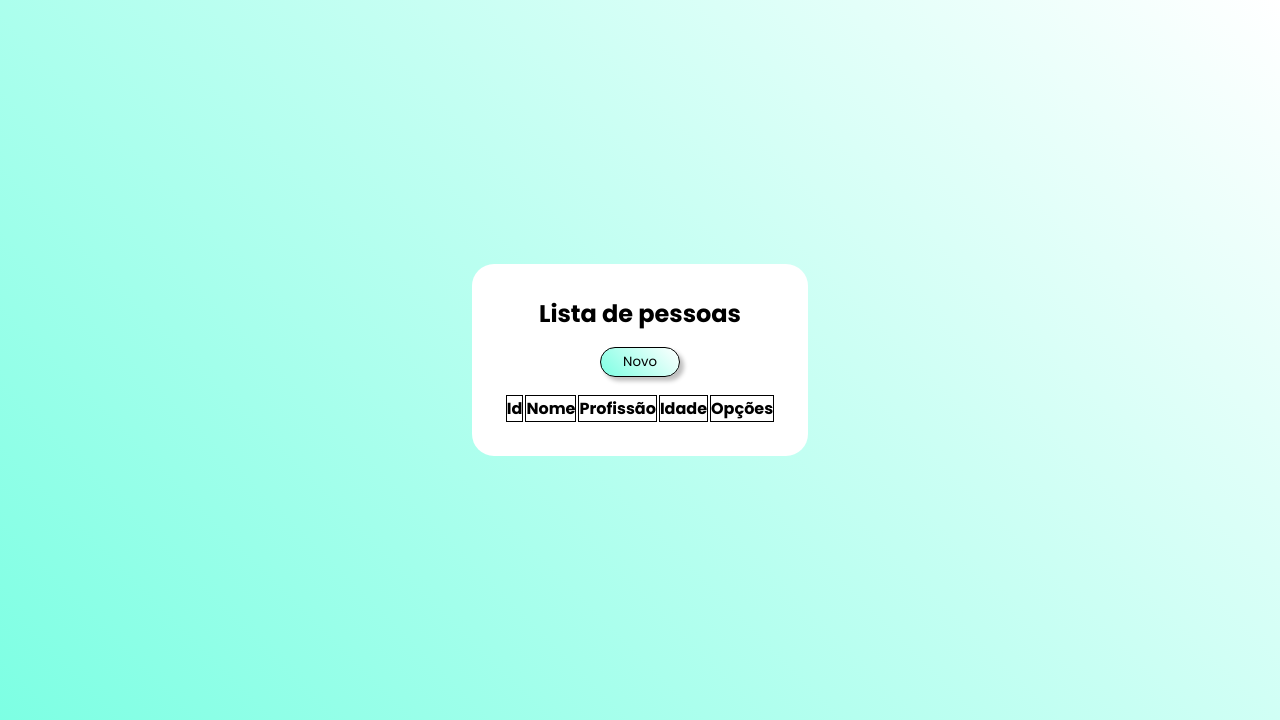
Repository: alef-torres/TesteUnicontrol
Page: http://localhost/desafioUnicontrol/main
An editor plug-in stored every save of this project. The page is shown before and after the next save, followed by the edit.
The browser window is 1280 px wide. The pictures show the whole page.
The page is served by Tomcat 9. Other server files are loaded and not shown. Queries for data that is not in the repository find no rows.

Above is the page before, as saved 2024-02-10 23:01:07.

### DesafioUnicontrol/desafioUnicontrol/src/main/webapp/pesquisa.jsp
<%@ page language="java" contentType="text/html; charset=utf-8"
	pageEncoding="utf-8"%>
<%@ page import="model.JavaBeans"%>
<%@ page import="java.util.ArrayList"%>



<%
ArrayList<JavaBeans> lista = (ArrayList<JavaBeans>) request.getAttribute("pessoas");
%>


<!DOCTYPE html>
<html lang="pt-br">

<head>
<meta charset="UTF-8">
<title>Pessoas</title>
<link rel="stylesheet" href="estilo/pesquisa.css">
</head>

<body>
	<section>
		<div>
			<h1>Lista de pessoas</h1>
			<a href="index.html"><button>Novo</button></a>



			<table>
				<thead>
					<tr>
						<th>Id</th>
						<th>Nome</th>
						<th>Profissão</th>
						<th>Idade</th>
						<th>Opções</th>
					</tr>
				</thead>

				<tbody>
					<%
					for (int i = 0; i < lista.size(); i++) {
					%>
					<tr>
						<td><%=lista.get(i).getIdcon()%></td>
						<td><%=lista.get(i).getNome()%></td>
						<td><%=lista.get(i).getProfissao()%></td>
						<td><%=lista.get(i).getIdade()%></td>
						<td><a href="select?idcon=<%=lista.get(i).getIdcon()%>>">Editar</a>
							<a href="javascript: confirmar(<%=lista.get(i).getIdcon()%>)">Excluir</a>
						</td>

					</tr>
					<%
					}
					%>
				</tbody>
			</table>
		</div>
	</section>



	<script src="scripts/confirmador.js"></script>
</body>

</html>

### DesafioUnicontrol/desafioUnicontrol/src/main/java/controler/Controler.java
package controler;

import java.io.IOException;
import java.util.ArrayList;

import javax.servlet.RequestDispatcher;
import javax.servlet.ServletException;
import javax.servlet.annotation.WebServlet;
import javax.servlet.http.HttpServlet;
import javax.servlet.http.HttpServletRequest;
import javax.servlet.http.HttpServletResponse;

import model.DAO;
import model.JavaBeans;

@WebServlet(urlPatterns = { "/Controller", "/main", "/insert", "/select", "/update", "/delete" })
public class Controler extends HttpServlet {
	private static final long serialVersionUID = 1L;
	DAO dao = new DAO();
	JavaBeans pessoa = new JavaBeans();

	public Controler() {
		super();

	}

	protected void doGet(HttpServletRequest request, HttpServletResponse response)
			throws ServletException, IOException {

		String action = request.getServletPath();
		System.out.println(action);
		if (action.equals("/main")) {
			pesquisa(request, response);
		} else if (action.equals("/insert")) {
			novaPessoa(request, response);
		} else if (action.equals("/select")) {
			listarPessoas(request, response);
		} else if (action.equals("/update")) {
			editarPessoa(request, response);
		} else if (action.equals("/delete")) {
			deletarPessoa(request, response);
		} else {
			response.sendRedirect("index.html");
		}

	}

	protected void pesquisa(HttpServletRequest request, HttpServletResponse response)
			throws ServletException, IOException {

		ArrayList<JavaBeans> listaDePessoas = dao.listarPessoas();

		request.setAttribute("pessoas", listaDePessoas);
		RequestDispatcher rd = request.getRequestDispatcher("pesquisa.jsp");
		rd.forward(request, response);
	}

	protected void novaPessoa(HttpServletRequest request, HttpServletResponse response)
			throws ServletException, IOException {

		// enviando para as variaveis JavaBeans

		pessoa.setNome(request.getParameter("name"));
		pessoa.setProfissao(request.getParameter("profissao"));
		pessoa.setIdade(request.getParameter("idade"));

		// invocar o metodo insertPessoa passando o objeto pessoa

		dao.insertPessoas(pessoa);

		// retornando para a pagina index
		response.sendRedirect("index.html");
	}

	protected void listarPessoas(HttpServletRequest request, HttpServletResponse response)
			throws ServletException, IOException {
		String idcon = request.getParameter("idcon");

		pessoa.setIdcon(idcon);

		dao.selecionarPessoa(pessoa);

		request.setAttribute("idcon", pessoa.getIdcon());
		request.setAttribute("nome", pessoa.getNome());
		request.setAttribute("profissao", pessoa.getProfissao());
		request.setAttribute("idade", pessoa.getIdade());

		RequestDispatcher rd = request.getRequestDispatcher("editar.jsp");
		rd.forward(request, response);

	}

	protected void editarPessoa(HttpServletRequest request, HttpServletResponse response)
			throws ServletException, IOException {

		pessoa.setIdcon(request.getParameter("idcon"));
		pessoa.setNome(request.getParameter("nome"));
		pessoa.setProfissao(request.getParameter("profissao"));
		pessoa.setIdade(request.getParameter("idade"));

		dao.alterarContanto(pessoa);

		response.sendRedirect("main");

	}

	protected void deletarPessoa(HttpServletRequest request, HttpServletResponse response)
			throws ServletException, IOException {
		String idcon = request.getParameter("idcon");
		System.out.println(idcon);

		pessoa.setIdcon(idcon);

		dao.deleterPessoas(pessoa);

		response.sendRedirect("main");

	}

}

### DesafioUnicontrol/desafioUnicontrol/src/main/webapp/estilo/pesquisa.css
@charset "UTF-8";

@import url('https://fonts.googleapis.com/css2?family=Poppins:wght@100;300;400;500;600;700&display=swap');

* {
    margin: 0;
    padding: 0;
    font-family: 'Poppins';
    text-decoration: none;
}

body {
    width: 100%;
    height: 100vh;
    background: linear-gradient(45deg, #7DFFE3, #fff);
}

section {
    display: flex;
    height: 100%;
    flex-direction: column;
    justify-content: space-around;
    align-items: center;
}

div {
    display: flex;
    flex-direction: column;
    justify-content: space-around;
    align-items: center;
    gap: 1rem;
    background: white;
    border-radius: 22px;
    padding: 2rem;
}

.principal {
    margin-top: auto;
    height: 100%;
    display: flex;
    flex-direction: row;
    justify-content: space-around;
    align-items: center;
}

.formulario-de-cadastro {
    display: flex;
    flex-direction: column;
    padding: 2rem;
    background: #fff;
    border-radius: 10px;
}

#btn {
    display: flex;
    flex-direction: row;
    align-items: center;
    justify-content: space-around;
    margin-top: 1rem;
}

button {
    width: 80px;
    height: 30px;
    border: solid 1px black;
    border-radius: 22px;
    background: linear-gradient(45deg, #7DFFE3, #fff);
    color: black;
    cursor: pointer;
    box-shadow: 4px 4px 4px rgba(0, 0, 0, 0.25);
}

#btn-enviar {
    background: linear-gradient(-45deg, #7DFFE3, #fff);
}

a {
    color: black;
}

th {
	border: 1px solid black;
}

### DesafioUnicontrol/desafioUnicontrol/src/main/webapp/scripts/confirmador.js



function confirmar(idcon){
	let resposta = confirm("Comfirma a exclusão desta pessoa?")
	if (resposta === true){
		//alert(idcon)
		window.location.href = 'delete?idcon=' + idcon
	}
}

After the next save:
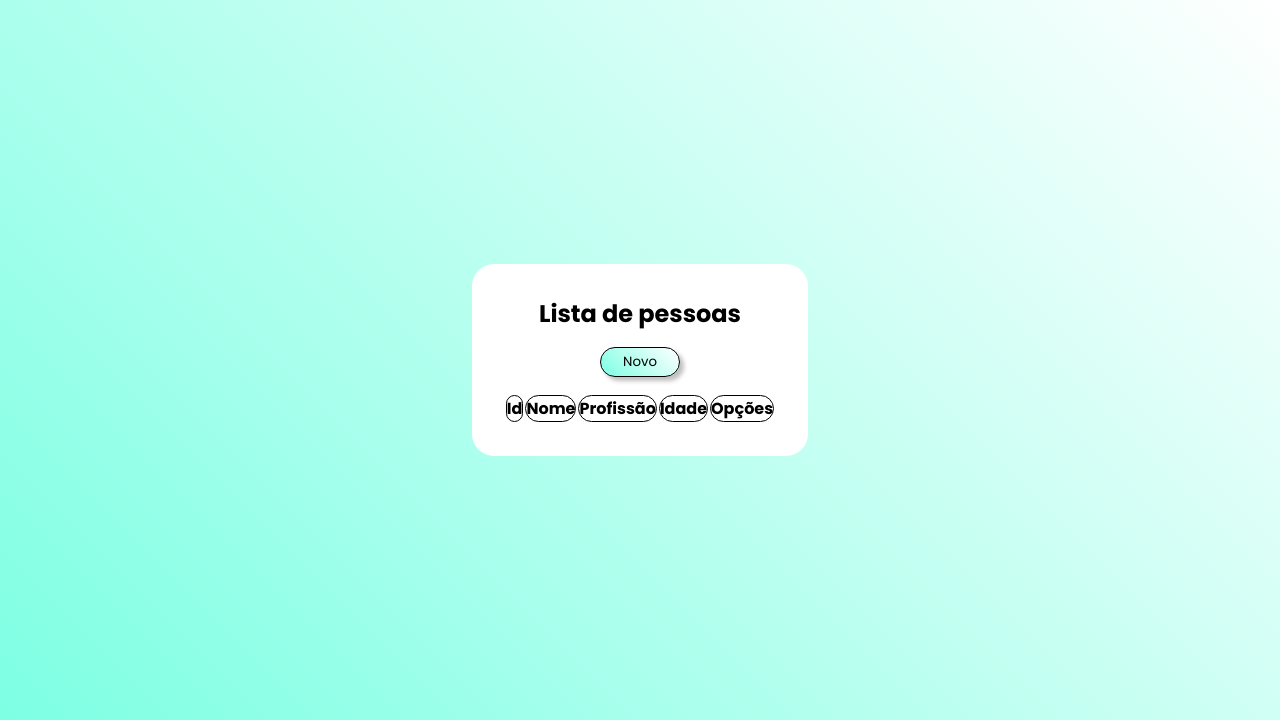
Saved 50 s later.
--- a/DesafioUnicontrol/desafioUnicontrol/src/main/webapp/estilo/pesquisa.css
+++ b/DesafioUnicontrol/desafioUnicontrol/src/main/webapp/estilo/pesquisa.css
@@ -80,4 +80,5 @@ a {
 
 th {
 	border: 1px solid black;
+	border-radius: 22px;
 }
